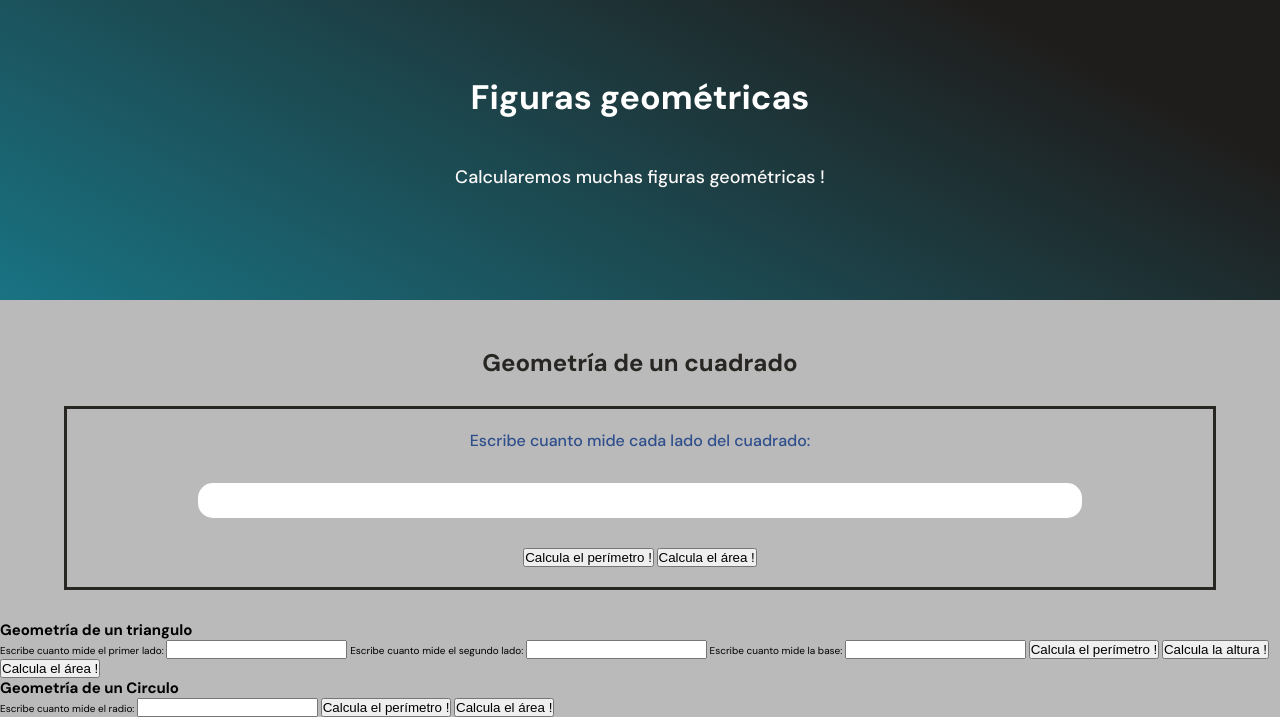
Repository: ChristianGecchelin/javascript-project
Page: javascript-project/figuras-geometricas/figuras.html
An editor plug-in stored every save of this project. The page is shown before and after the next save, followed by the edit.
The browser window is 1280 px wide. The pictures show the whole page.

Above is the page before, as saved 2021-12-01 23:50:44.

After the next save:
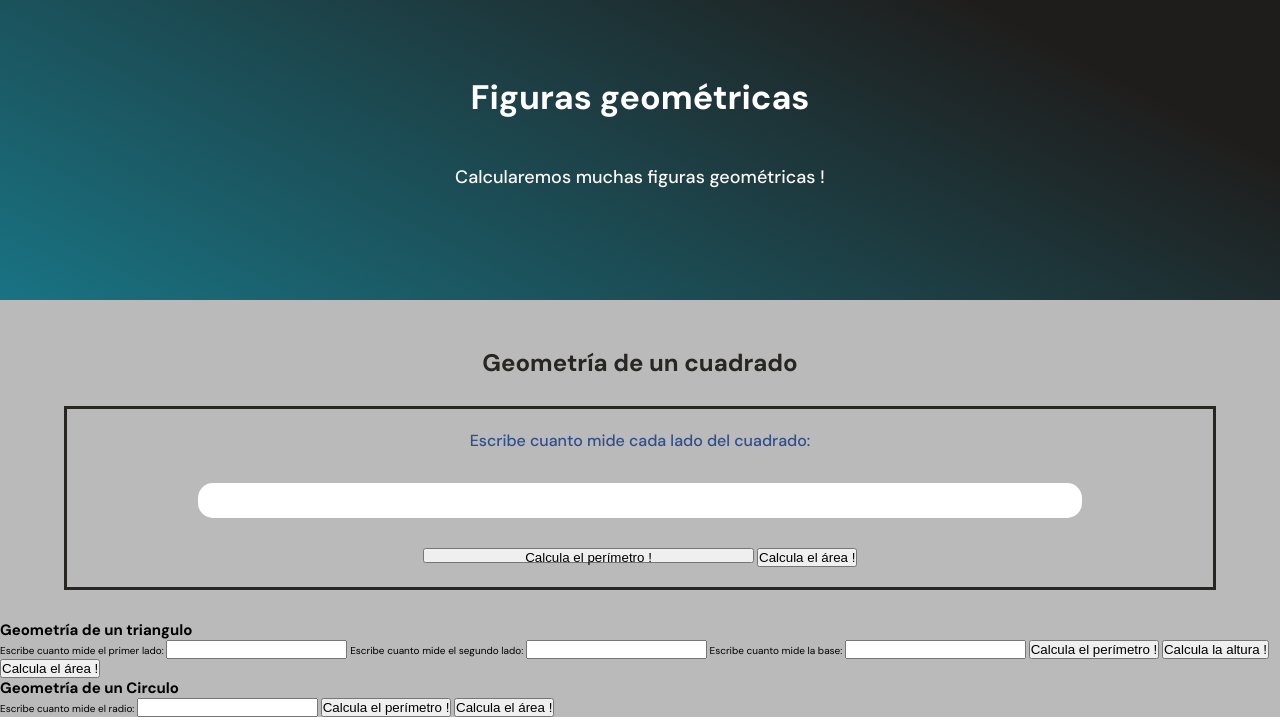
Saved 21 s later.
--- a/javascript-project/figuras-geometricas/figuras.html
+++ b/javascript-project/figuras-geometricas/figuras.html
@@ -31,7 +31,11 @@
               >Escribe cuanto mide cada lado del cuadrado:</label
             >
             <input class="form--input" type="number" id="inputCuadrado" />
-            <button type="button" onclick="calcularPerimetroCuadrado()">
+            <button
+              class="form--input-boton"
+              type="button"
+              onclick="calcularPerimetroCuadrado()"
+            >
               Calcula el perímetro !
             </button>
             <button type="button" onclick="calcularAreaCuadrado()">
